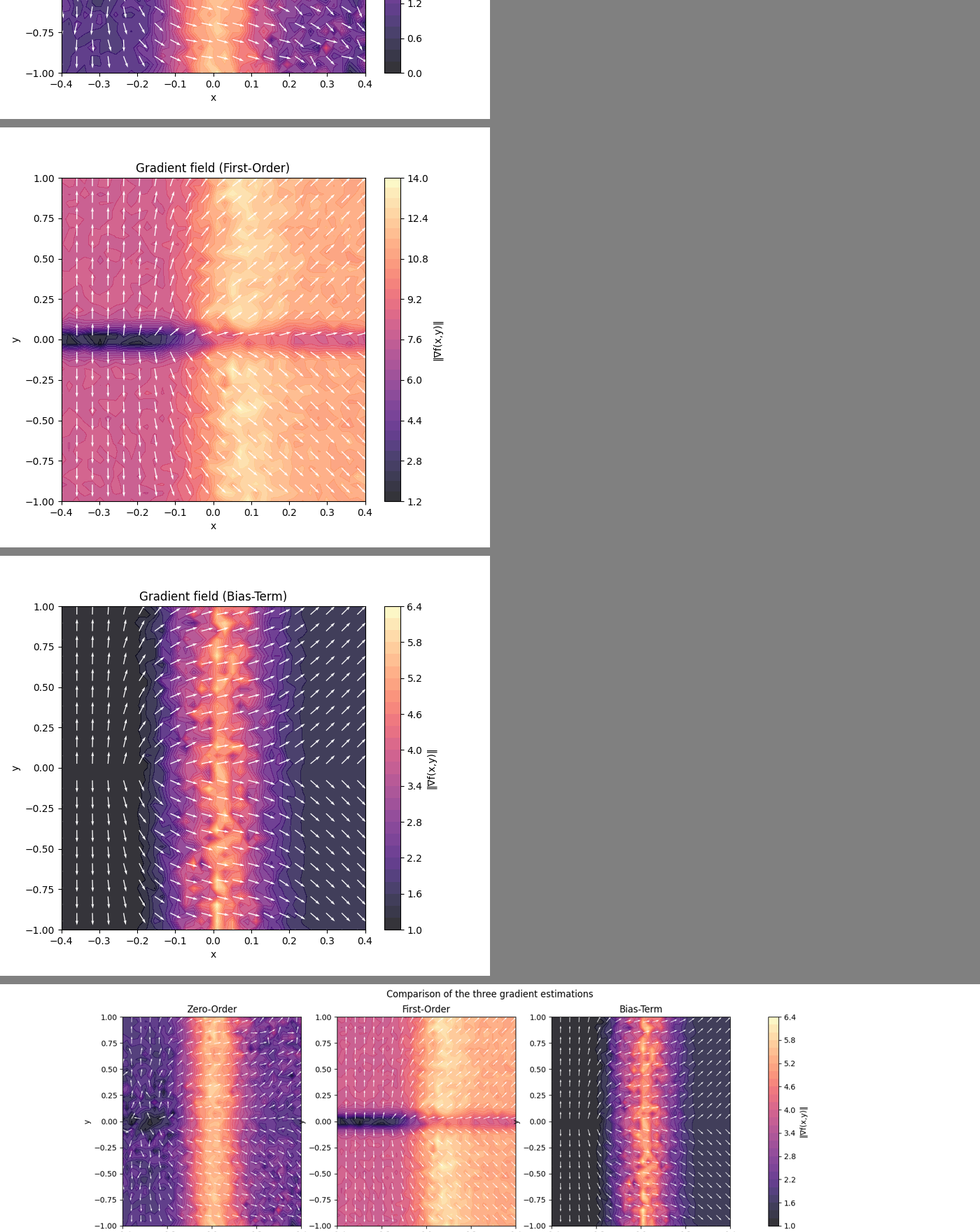
Repository: oomcth/Gradient-smoothing
Script's output: python test2D.py
An editor plug-in stored every save of this project. The script's output is shown before and after the next save, followed by the edit.
The pictures show rows 1042 to 2802 of an output 2836 px tall, at 70% of full size.
Each picture stacks the figures in order, with grey between them; figures that are only written to a file come last. Figures wider than 1,400 px are first shrunk to that width. Random numbers start from a fixed seed.

Above is the script's output before, as saved 2025-11-24 00:56:45.

### test2D.py
import numpy as np
import matplotlib.pyplot as plt
from mpl_toolkits.mplot3d import Axes3D

sigma = 0.1
M = 500
Ns = 500
L = 3
rng = np.random.default_rng()


def f2(x, y):
    return np.where(x >= 0, x + np.abs(y), -1 + np.abs(y))


def grad_f2(Xs):
    x = Xs[:, 0]
    y = Xs[:, 1]
    dfdx = np.where(x > 0, 1.0, 0.0)
    dfdy = np.where(y > 0, 1.0, -1.0)
    return np.stack((dfdx, dfdy), axis=1)


def gaussian_density(omega, sigma):
    omega = np.asarray(omega)
    norm_sq = np.sum(omega**2, axis=-1)
    const = 1.0 / (2 * np.pi * sigma**2)
    return const * np.exp(-norm_sq / (2 * sigma**2))


def zo_gradient_2d(f, x, y):
    X = np.array([x, y])
    omegas = rng.normal(0, sigma, size=(M, 2))
    Xs = X + omegas
    f_vals = f(Xs[:, 0], Xs[:, 1])
    weights = -omegas / (sigma**2)
    grad_est = -(f_vals[:, None] * weights).mean(axis=0)
    return grad_est


def fo_gradient_2d(f, x, y):
    X = np.array([x, y])
    omegas = rng.normal(0, sigma, size=(M, 2))
    Xs = X + omegas
    grads = grad_f2(Xs)
    p_vals = gaussian_density(omegas, sigma)
    grads_vals = grads * p_vals[:, None]
    y_s = rng.uniform(-L, L, size=Ns)
    z = np.stack((np.zeros_like(y_s), y_s), axis=1)
    p_surface = gaussian_density(z - X, sigma)
    surf_term = np.array([1.0, 0.0]) * (2 * L / Ns) * np.sum(p_surface)
    return grads_vals.mean(0) + surf_term


def bi_gradient_2d(f, x, y):
    X = np.array([x, y])[np.newaxis, :]
    y_s = rng.uniform(-L, L, size=Ns)
    z = np.stack((np.zeros_like(y_s), y_s), axis=1)
    p_surface = gaussian_density(z - X, sigma)
    surf_term = np.array([1.0, 0.0]) * (2 * L / Ns) * np.sum(p_surface)
    return grad_f2(X).mean(0) + surf_term


def plot_f2_3d(f, x_range=(-1, 1), y_range=(-1, 1), n=200):
    xv = np.linspace(x_range[0], x_range[1], n)
    yv = np.linspace(y_range[0], y_range[1], n)
    X, Y = np.meshgrid(xv, yv)
    Z = f(X, Y)

    fig = plt.figure(figsize=(8, 6))
    ax = fig.add_subplot(111, projection="3d")
    surf = ax.plot_surface(X, Y, Z, cmap="viridis", edgecolor="none", alpha=0.9)
    ax.set_xlabel("x")
    ax.set_ylabel("y")
    ax.set_zlabel("f(x,y)")
    ax.set_title("3D view of f2(x, y)")
    fig.colorbar(surf, ax=ax, shrink=0.5, aspect=8)
    plt.show()


plot_f2_3d(f2, x_range=(-1, 1), y_range=(-1, 1))


Xmin = -0.4
Xmax = 0.4
xv = np.linspace(Xmin, Xmax, 40)
yv = np.linspace(-1, 1, 40)
X, Y = np.meshgrid(xv, yv)

U_zo = np.zeros_like(X)
V_zo = np.zeros_like(Y)
U_fo = np.zeros_like(X)
V_fo = np.zeros_like(Y)
U_bi = np.zeros_like(X)
V_bi = np.zeros_like(Y)

for i in range(X.shape[0]):
    for j in range(X.shape[1]):
        grad_zo = zo_gradient_2d(f2, X[i, j], Y[i, j])
        grad_fo = fo_gradient_2d(f2, X[i, j], Y[i, j])
        grad_bi = bi_gradient_2d(f2, X[i, j], Y[i, j])
        U_zo[i, j], V_zo[i, j] = grad_zo
        U_fo[i, j], V_fo[i, j] = grad_fo
        U_bi[i, j], V_bi[i, j] = grad_bi


def plot_vector_field(X, Y, U, V, title):
    norm = np.sqrt(U**2 + V**2)
    Udir = U / (norm + 1e-8)
    Vdir = V / (norm + 1e-8)
    fig, ax = plt.subplots(figsize=(7, 6))
    cont = ax.contourf(X, Y, norm, levels=30, cmap="magma", alpha=0.8)
    step = 2
    ax.quiver(
        X[::step, ::step],
        Y[::step, ::step],
        Udir[::step, ::step],
        Vdir[::step, ::step],
        color="white",
        scale=25,
    )
    ax.set_xlabel("x")
    ax.set_ylabel("y")
    ax.set_title(title)
    plt.colorbar(cont, ax=ax, label="‖∇f(x,y)‖")
    plt.show()


plot_vector_field(X, Y, U_zo, V_zo, "Gradient field (Zero-Order)")
plot_vector_field(X, Y, U_fo, V_fo, "Gradient field (First-Order)")
plot_vector_field(X, Y, U_bi, V_bi, "Gradient field (Bias-Term)")

grad_true = grad_f2(np.stack([X.ravel(), Y.ravel()], axis=1)).reshape(X.shape + (2,))
U_true, V_true = grad_true[..., 0], grad_true[..., 1]


def mse(U1, V1, U2, V2):
    return np.mean((U1 - U2) ** 2 + (V1 - V2) ** 2)


print("MSE vs true gradient:")
print(f"Zero-Order : {mse(U_zo, V_zo, U_true, V_true):.4e}")
print(f"First-Order: {mse(U_fo, V_fo, U_true, V_true):.4e}")
print(f"Bias-Term  : {mse(U_bi, V_bi, U_true, V_true):.4e}")

fig, axes = plt.subplots(1, 3, figsize=(18, 5))
titles = ["Zero-Order", "First-Order", "Bias-Term"]
fields = [(U_zo, V_zo), (U_fo, V_fo), (U_bi, V_bi)]

for ax, (U_, V_), title in zip(axes, fields, titles):
    norm = np.sqrt(U_**2 + V_**2)
    Udir = U_ / (norm + 1e-8)
    Vdir = V_ / (norm + 1e-8)
    cont = ax.contourf(X, Y, norm, levels=30, cmap="magma", alpha=0.8)
    step = 2
    ax.quiver(
        X[::step, ::step],
        Y[::step, ::step],
        Udir[::step, ::step],
        Vdir[::step, ::step],
        color="white",
        scale=25,
    )
    ax.set_title(title)
    ax.set_xlabel("x")
    ax.set_ylabel("y")

fig.colorbar(cont, ax=axes.ravel().tolist(), label="‖∇f(x,y)‖")
plt.suptitle("Comparison of the three gradient estimations")
plt.show()

After the next save:
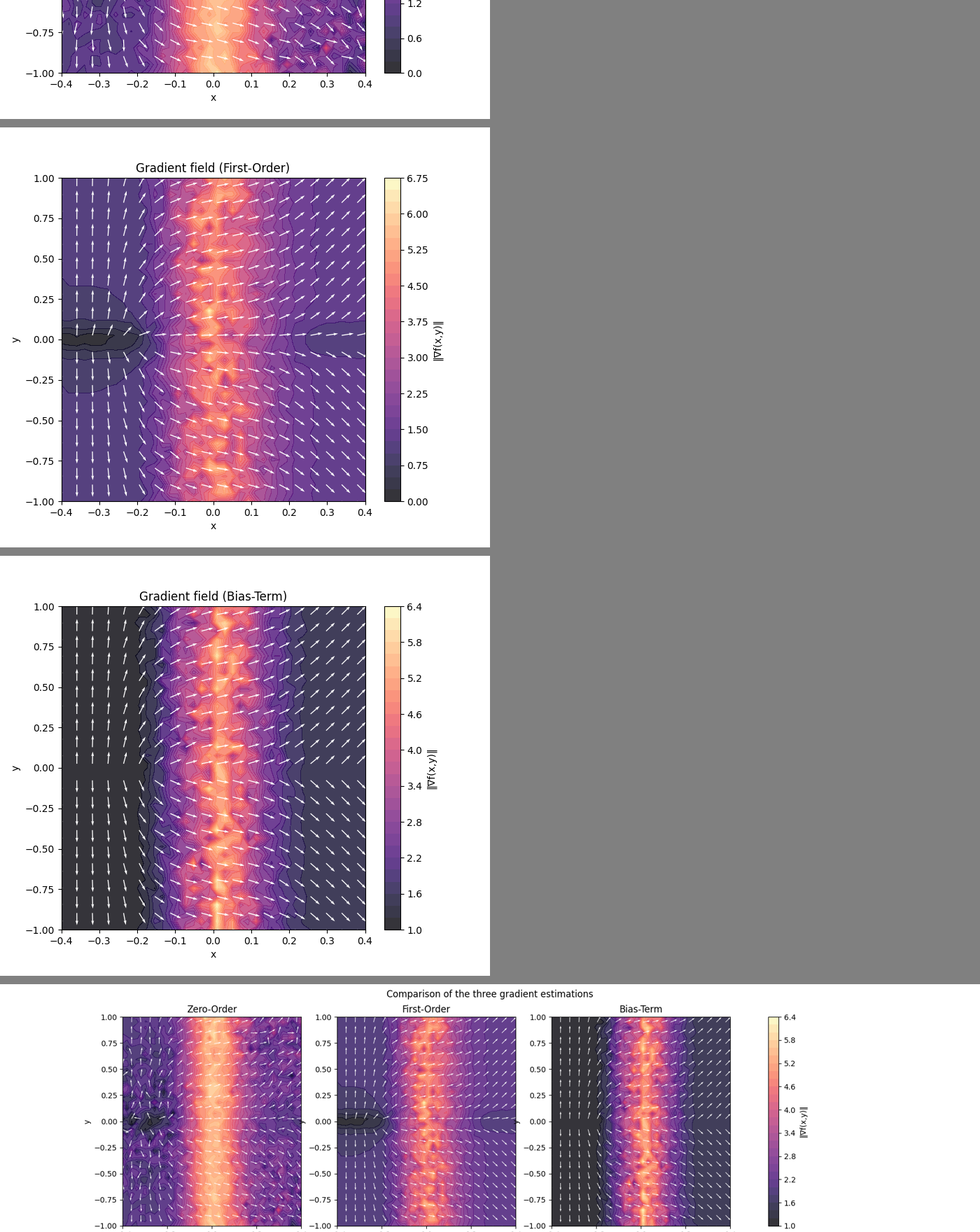
Saved 2 min 25 s later.
--- a/test2D.py
+++ b/test2D.py
@@ -44,7 +44,7 @@ def fo_gradient_2d(f, x, y):
     Xs = X + omegas
     grads = grad_f2(Xs)
     p_vals = gaussian_density(omegas, sigma)
-    grads_vals = grads * p_vals[:, None]
+    grads_vals = grads
     y_s = rng.uniform(-L, L, size=Ns)
     z = np.stack((np.zeros_like(y_s), y_s), axis=1)
     p_surface = gaussian_density(z - X, sigma)
